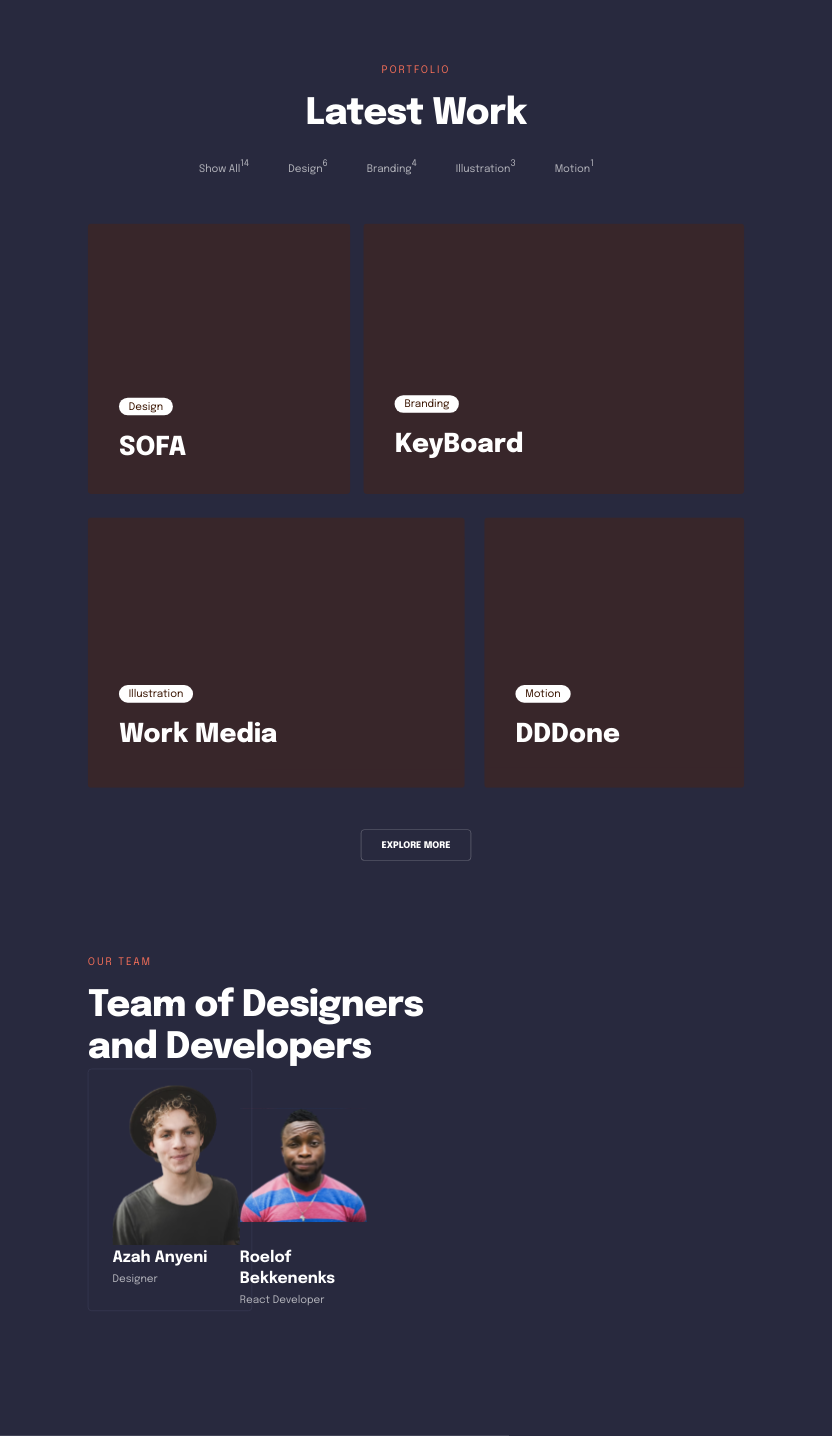
Repository: FidanXankishiyeva/figma-positions-task
Page: index.html
The author's editor kept a copy of each file at every save. The page is drawn from the files as they stood at one save, then again after a run of saves.
The browser window is 1280 px wide. The pictures show the whole page, at 65% of full size.

Above is the page before, as saved 2023-08-10 13:29:18.

### index.html
<!DOCTYPE html>
<html lang="en">

<head>
    <meta charset="UTF-8">
    <meta name="viewport" content="width=device-width, initial-scale=1.0">
    <title>Document</title>
    <link rel="stylesheet" href="index.css">
</head>

<body>
    <div class="container">
        <div class="page-1">
            <div class="text-box">
                <h1>Portfolio</h1>
                <h2>Latest Work</h2>
            </div>
            <nav class="position-box">
                <ul>
                    <li>
                        <h1>Show All</h1>
                        <p>14</p>
                    </li>
                    <li>
                        <h1>Design</h1>
                        <p>6</p>
                    </li>
                    <li>
                        <h1>Branding</h1>
                        <p>4</p>
                    </li>
                    <li>
                        <h1>Illustration</h1>
                        <p>3</p>
                    </li>
                    <li>
                        <h1>Motion</h1>
                        <p>1</p>
                    </li>
                </ul>
            </nav>
            <div class="photo-box">
                <div class="sofa-box">
                    <img src="./photo/sofa.svg" alt="">
                    <div class="design-box">
                        <a href="#">Design</a>
                        <p>SOFA</p>

                    </div>
                </div>
                <div class="keyboard-box">
                    <img src="./photo/keyboard.svg" alt="">
                    <div class="branding-box">
                        <a href="#">Branding</a>
                        <p>KeyBoard</p>
                    </div>
                </div>
            </div>

            <div class="photo-box-2">
                <div class="work-media">
                    <img src="./photo/Work-Media.svg" alt="">
                    <div class="illustration-box">
                        <a href="#">Illustration</a>
                        <p>Work Media</p>
                    </div>
                </div>
                <div class="done-box">
                    <img src="./photo/done.svg" alt="">
                    <div class="motion-box">
                        <a href="#">Motion</a>
                        <p>DDDone</p>
                    </div>
                </div>
            </div>
            <button>
                Explore more
            </button>
        </div>
        <div class="page-2">
            <div class="text-box-2">
                <h3 >Our Team</h3>
                <h4>Team of Designers
                    and Developers</h4>
            </div>
            <div class="team-person">
                <ul>
                    <li>
                        <img src="./photo/azah.svg" alt="">
                        <h5>Azah Anyeni</h5>
                        <h6>Designer</h6>
                    </li>
                    <li>
                        <img src="./photo/roelof.svg" alt="">
                        <h5>Roelof Bekkenenks</h5>
                        <h6>React Developer</h6>
                    </li>
                </ul>
            </div>
        </div>
    </div>

</body>

</html>

### index.css
@import url('https://fonts.googleapis.com/css2?family=Epilogue:wght@400;700;800&display=swap');
* {
    margin: 0;
    padding: 0;
    box-sizing: border-box;
}

.container {
    width: 100%;
    padding: 92px 135px 192px 135px;
    background-color: #28293E;
}

.text-box h1 {
    margin-bottom: 20px;
    color: var(--text-light-accent, #EF6D58);
    text-align: center;
    font-feature-settings: 'clig' off, 'liga' off;
    font-family: Epilogue;
    font-size: 16px;
    font-style: normal;
    font-weight: 400;
    line-height: 32px;
    letter-spacing: 3px;
    text-transform: uppercase;
}

.text-box h2 {
    margin-bottom: 36px;
    color: var(--text-light, #FFF);
    text-align: center;
    font-feature-settings: 'clig' off, 'liga' off;
    font-family: Epilogue;
    font-size: 56px;
    font-style: normal;
    font-weight: 800;
    line-height: 64px;
    letter-spacing: -1px;
}



.position-box ul {
    display: flex;
    justify-content: center;
}

.position-box ul li {
    list-style-type: none;
    margin-right: 60px;
    display: flex;
}

.position-box ul li h1 {
    color: var(--text-light-gray, rgba(255, 255, 255, 0.64));
    font-feature-settings: 'clig' off, 'liga' off;
    font-family: Epilogue;
    font-size: 16px;
    font-style: normal;
    font-weight: 400;
    line-height: 32px;
}

.position-box ul li p {
    color: var(--text-light-gray, rgba(255, 255, 255, 0.64));
    text-align: center;
    font-feature-settings: 'clig' off, 'liga' off;
    font-family: Epilogue;
    font-size: 14px;
    font-style: normal;
    font-weight: 400;
}

.photo-box {
    display: flex;
    justify-content: space-between;
    margin-top: 68px;
}

.sofa-box {
    width: 40%;
    position: relative;

}

.design-box {
    position: absolute;
    bottom: 51px;
    left: 48px;
    /* top: 50%;
    left: 50%;
    transform: translate(-50%, -50%); */
}

.sofa-box img {
    width: 100%;
    height: 416px;
    margin-right: 30px;
    border-radius: 6px;
    opacity: 0.3181;
    background: #5C2000;
}

.photo-box a {
    width: 84px;
    height: 38px;
    padding: 5px 15px;
    text-decoration: none;
    border-radius: 19px;
    background: #FFF;
    color: var(--text-dark, #391400);
    font-feature-settings: 'clig' off, 'liga' off;
    font-family: Epilogue;
    font-size: 16px;
    font-style: normal;
    font-weight: 400;
    line-height: 32px;
}

.photo-box p {
    margin-top: 23px;
    color: var(--text-light, #FFF);
    font-feature-settings: 'clig' off, 'liga' off;
    font-family: Epilogue;
    font-size: 40px;
    font-style: normal;
    font-weight: 800;
    line-height: 48px;
}

.keyboard-box {
    position: relative;
    width: 58%;
    height: 416px;

}

.keyboard-box img {
    width: 100%;
    height: 100%;
    border-radius: 6px;
    opacity: 0.3181;
    background: #5C2000;
}

.branding-box {
    position: absolute;
    bottom: 51px;
    left: 48px;
}

.photo-box-2 {
    display: flex;
    justify-content: space-between;
    margin-top: 32px;
}

.work-media {
    position: relative;
    margin-right: 30px;
    width: 58%;
    height: 416px;
}

.work-media img {
    width: 100%;
    height: 100%;
    border-radius: 6px;
    opacity: 0.3181;
    background: #5C2000;
}

.photo-box-2 a {
    padding: 5px 15px;
    border-radius: 19px;
    text-decoration: none;
    background: #FFF;
    color: var(--text-dark, #391400);
    font-feature-settings: 'clig' off, 'liga' off;
    font-family: Epilogue;
    font-size: 16px;
    font-style: normal;
    font-weight: 400;
    line-height: 32px;
}

.photo-box-2 p {
    margin-top: 23px;
    color: var(--text-light, #FFF);
    font-feature-settings: 'clig' off, 'liga' off;
    font-family: Epilogue;
    font-size: 40px;
    font-style: normal;
    font-weight: 800;
    line-height: 48px;
}

.illustration-box {
    position: absolute;
    top: 256px;
    left: 48px;
}

.done-box {
    position: relative;
    width: 40%;
    height: 416px;
}

.done-box img {
    width: 100%;
    height: 100%;

    border-radius: 6px;
    opacity: 0.3181;
    background: #5C2000;
}

.motion-box {
    position: absolute;
    top: 256px;
    left: 48px;
}

.box {
    position: absolute;
    top: 64px;
    left: 500px;
}



button {
    width: 170px;
    height: 48px;
    /* padding: 18px 31px; */
    margin: auto;
    margin-top: 64px;
    display: block;
    border-radius: 6px;
    border: 1px solid rgba(255, 255, 255, 0.30);
    background-color: #28293e;
    text-decoration: none;
    color: #FFF;
    text-align: center;
    font-family: Epilogue;
    font-size: 14px;
    font-style: normal;
    font-weight: 900;
    line-height: normal;
    text-transform: uppercase;

}
.text-box-2 h3{
    margin-top: 140px;
    color: var(--text-light-accent, #EF6D58);
    font-feature-settings: 'clig' off, 'liga' off;
    font-family: Epilogue;
    font-size: 16px;
    font-style: normal;
    font-weight: 400;
    line-height: 32px;
    letter-spacing: 3px;
    text-transform: uppercase;
}
.text-box-2 h4{
    width: 531px;
    margin-top: 20px;
    color: var(--text-light, #FFF);
font-feature-settings: 'clig' off, 'liga' off;
font-family: Epilogue;
font-size: 56px;
font-style: normal;
font-weight: 800;
line-height: 64px;
letter-spacing: -1px;
}
.team-person ul{
    width: 25%;
padding: 24px 37px 0px 37px;
display: flex;
border-radius: 6px;
border: 1px solid #3A3C56;
}
.team-person ul li{
    list-style-type: none;
}
.team-person img{
    width: 196px;
height: 247px;
}
.team-person h5{
    color: var(--text-light, #FFF);
    font-feature-settings: 'clig' off, 'liga' off;
    font-family: Epilogue;
    font-size: 24px;
    font-style: normal;
    font-weight: 700;
    line-height: 32px;
}
.team-person h6{
    color: var(--text-light-gray, rgba(255, 255, 255, 0.64));
font-feature-settings: 'clig' off, 'liga' off;
font-family: Epilogue;
font-size: 16px;
font-style: normal;
font-weight: 400;
line-height: 32px;
}

After the next 2 saves:
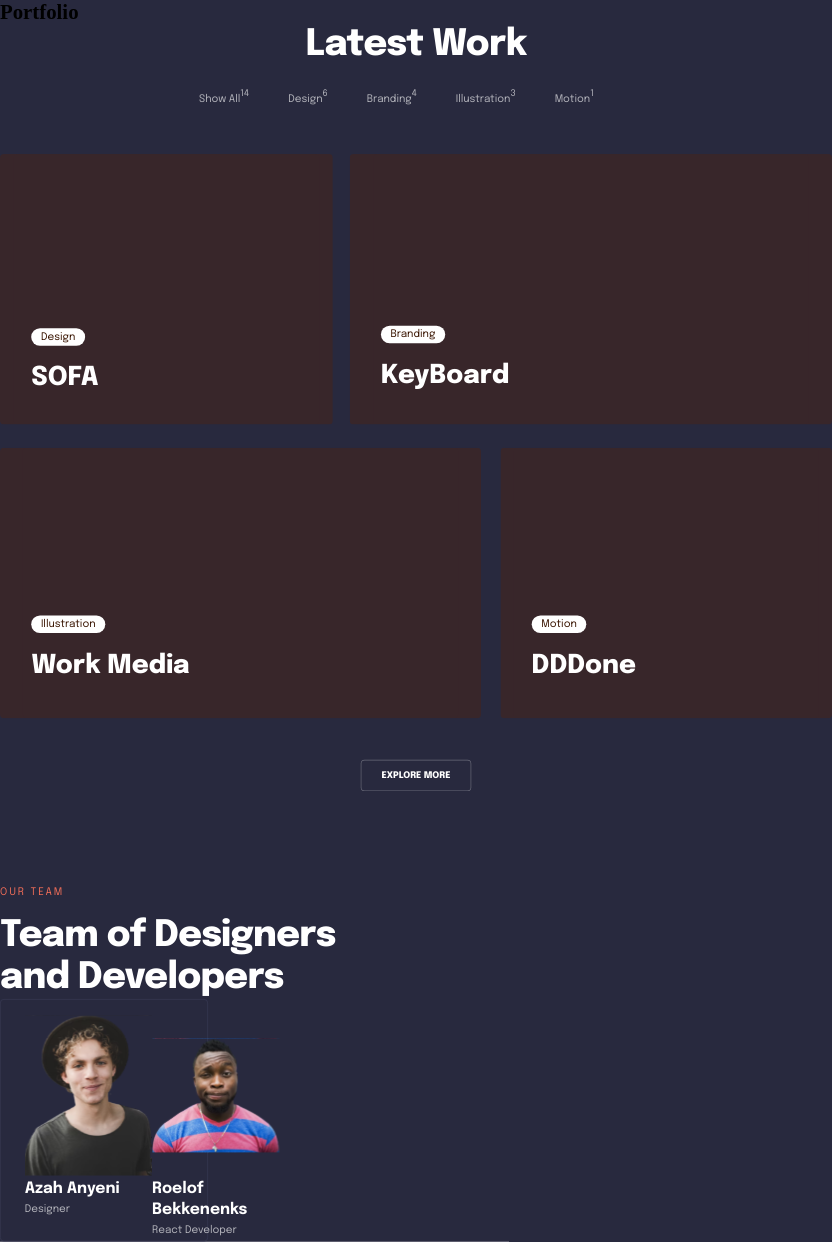
The 2 saves are shown as one change because they came seconds apart.
The last was saved 34 s later.
--- a/index.css
+++ b/index.css
@@ -7,10 +7,10 @@
 
 .container {
     width: 100%;
-    padding: 92px 135px 192px 135px;
     background-color: #28293E;
 }
 
+.page
 .text-box h1 {
     margin-bottom: 20px;
     color: var(--text-light-accent, #EF6D58);
